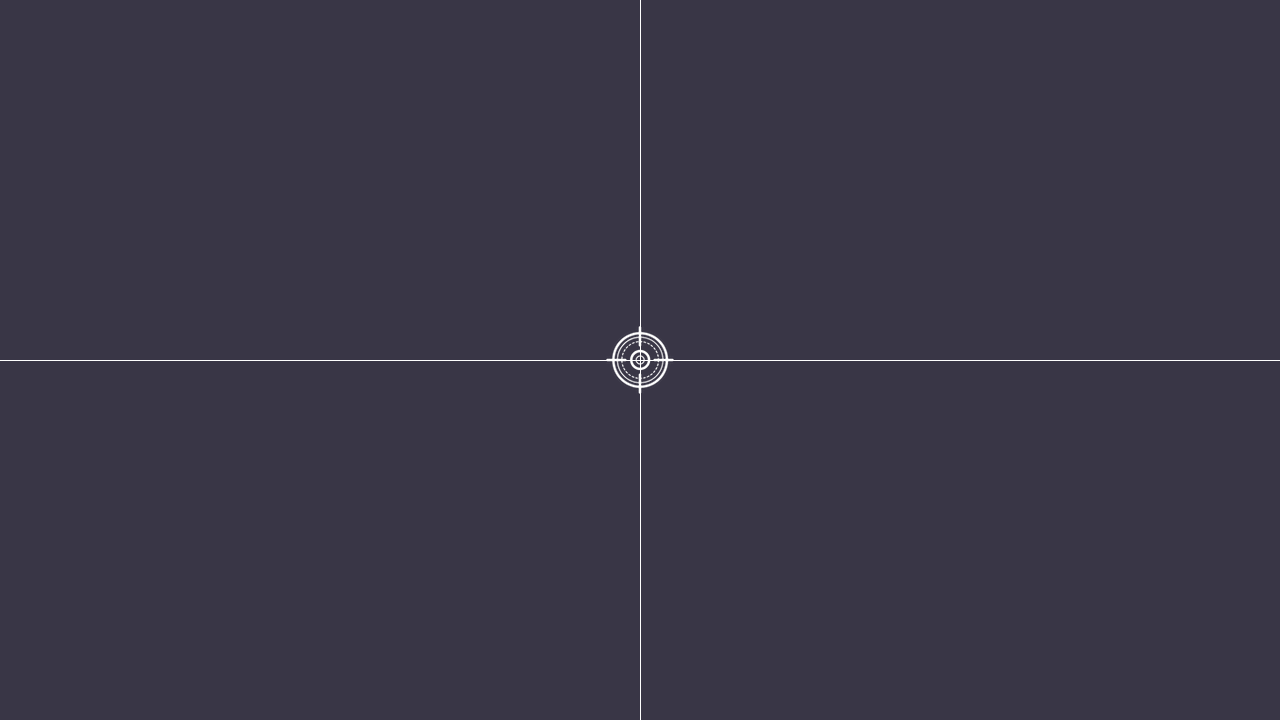
Repository: sephinejo/frontend-browser-101
Page: browser/practice-coordinates/index.html
The author's editor kept a copy of each file at every save. The page is drawn from the files as they stood at one save, then again after the next save.
The browser window is 1280 px wide. The pictures show the whole page.

Above is the page before, as saved 2023-05-10 17:40:21.

### browser/practice-coordinates/index.html
<!DOCTYPE html>
<html lang="en">
  <head>
    <meta charset="UTF-8" />
    <meta name="viewport" content="width=device-width, initial-scale=1.0" />
    <title>Coordinates</title>
    <script src="main.js" defer></script>
    <link rel="stylesheet" href="style.css" />
  </head>
  <body>
    <div class="line horizontal"></div>
    <div class="line vertical"></div>
    <img class="target" src="img/target.png" alt="target" />
    <span class="tag"></span>
  </body>
</html>

### browser/practice-coordinates/main.js
const vertical = document.querySelector('.vertical');
const horizontal = document.querySelector('.horizontal');
const target = document.querySelector('.target');
const tag = document.querySelector('.tag');

document.addEventListener('mousemove', (event) => {
  const x = event.clientX;
  const y = event.clientY;
  console.log(x, y);

  vertical.style.left = `${x}px`;
  horizontal.style.top = `${y}px`;
  target.style.left = `${x}px`;
  target.style.top = `${y}px`;
  tag.style.left = `${x}px`;
  tag.style.top = `${y}px`;
  tag.innerHTML = `${x}px ${y}px`;
});

### browser/practice-coordinates/style.css
body {
  margin: 0;
  background-color: #393646;
}

.line {
  position: absolute;
  background-color: white;
}

.horizontal {
  width: 100%;
  height: 1px;
  top: 50%;
}

.vertical {
  width: 1px;
  height: 100%;
  left: 50%;
}

.target {
  position: absolute;
  top: 50%;
  left: 50%;
  transform: translate(-50%, -50%);
}

.tag {
  position: absolute;
  color: white;
  top: 50%;
  left: 50%;
  transform: translate(20px, 20px);
  font-size: 30px;
  font-family: 'Times New Romans';
}

After the next save:
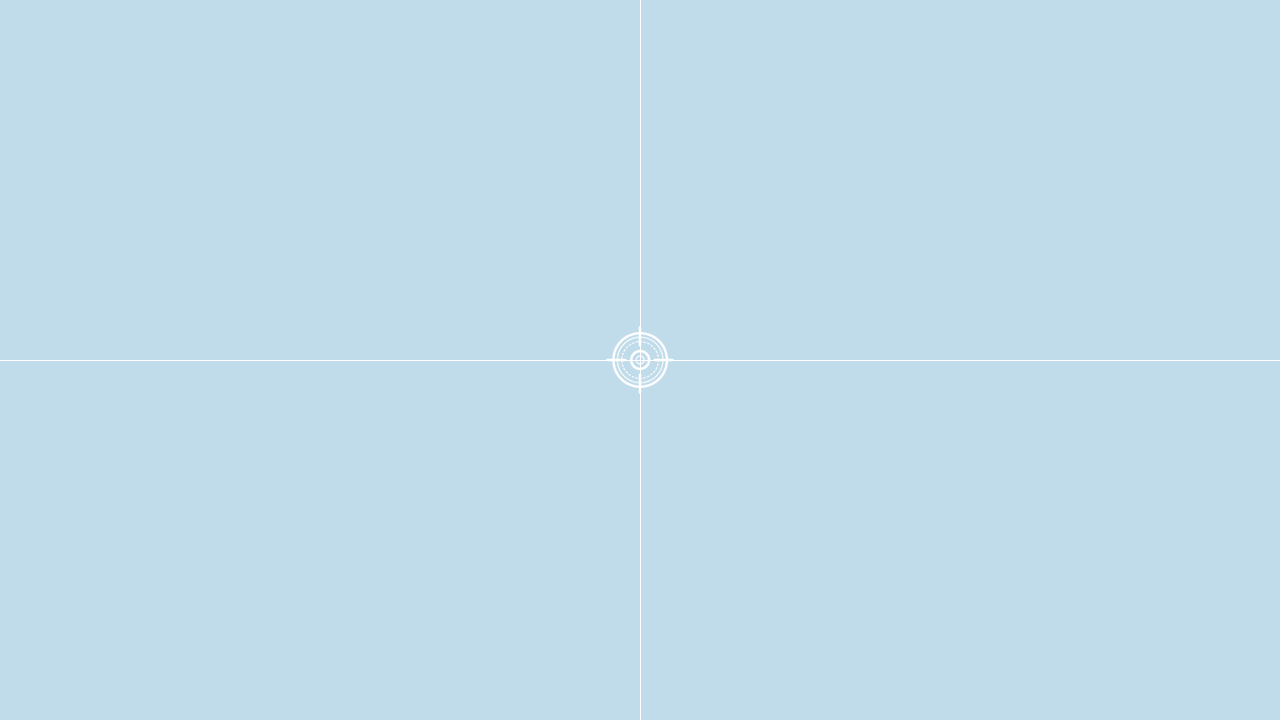
Saved 51 s later.
--- a/browser/practice-coordinates/style.css
+++ b/browser/practice-coordinates/style.css
@@ -1,6 +1,6 @@
 body {
   margin: 0;
-  background-color: #393646;
+  background-color: #c0dbea;
 }
 
 .line {
